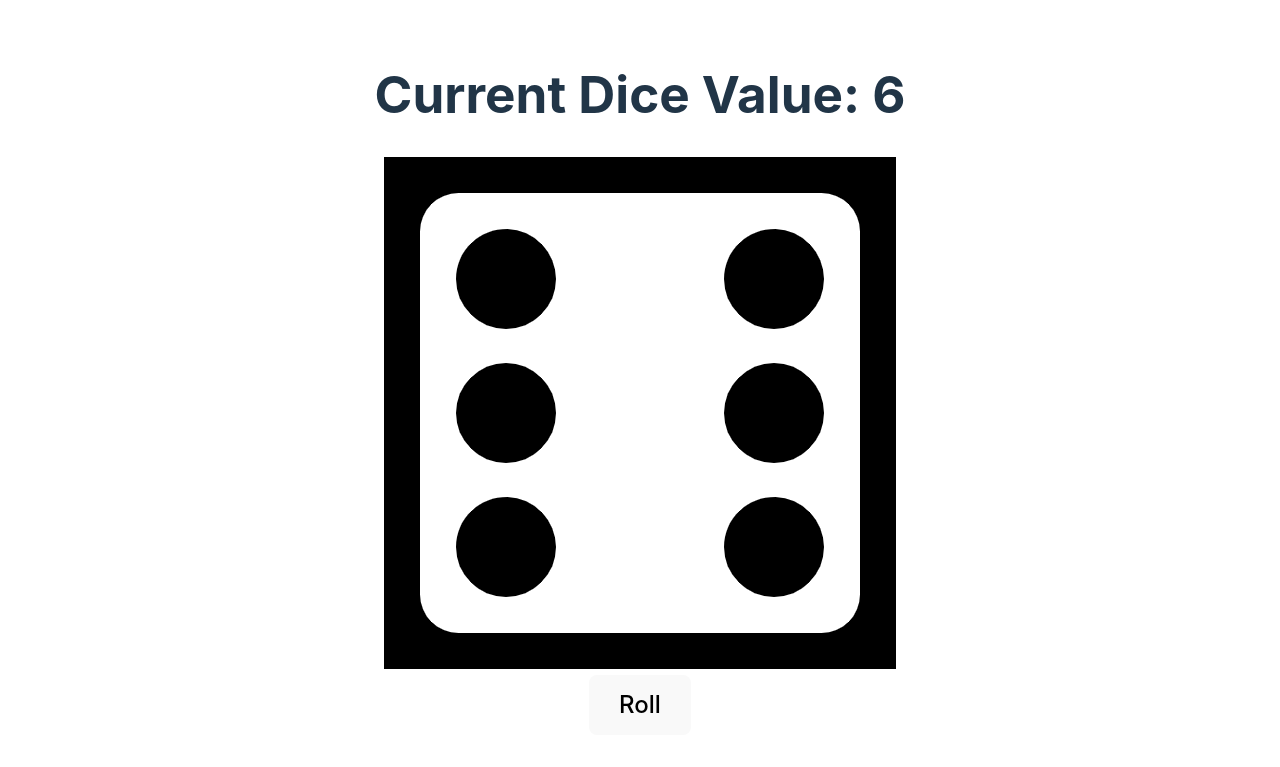
Repository: James-Z-Zhang00/dice-roller
Page: /
These files come from the project's save history. The page is drawn as it stood at one moment and after the next save; the edit follows.
The browser window is 1280 px wide. The pictures show the whole page.
The project was rebuilt for these pictures with package versions that can differ from the ones it lists, and the page was loaded fresh each time. Also part of the build but not shown: vite.config.js.

Above is the page before, as saved 2024-05-13 22:17:07.

After the next save:
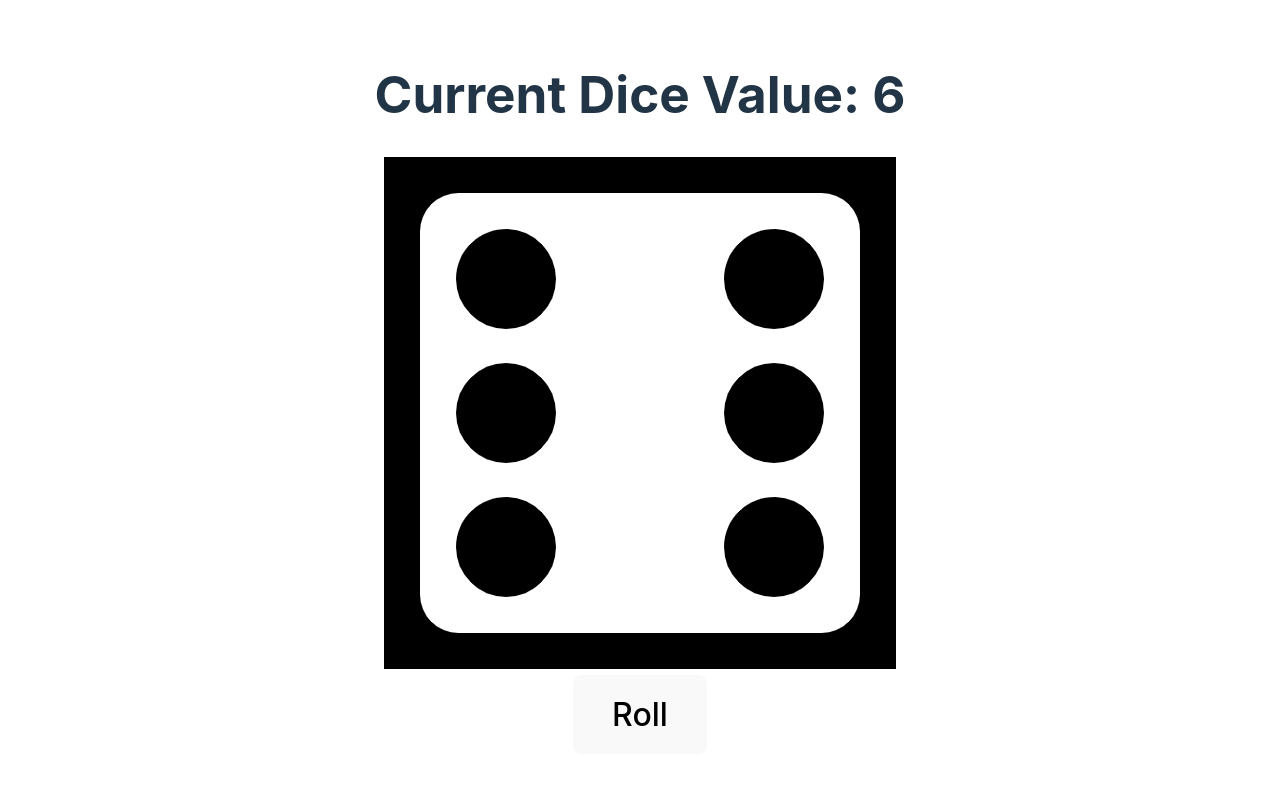
Saved 7 s later.
--- a/src/App.jsx
+++ b/src/App.jsx
@@ -12,7 +12,7 @@ const [val,setVal] = useState(6);
     <div>
       <h1>Current Dice Value: {val}</h1>
       <Dice diceVal={val} />
-      <button onClick={rollDice} style={{ fontSize: '1.5rem' }}>Roll</button>
+      <button onClick={rollDice} style={{ fontSize: '2rem' }}>Roll</button>
     </div>
   )
 }
